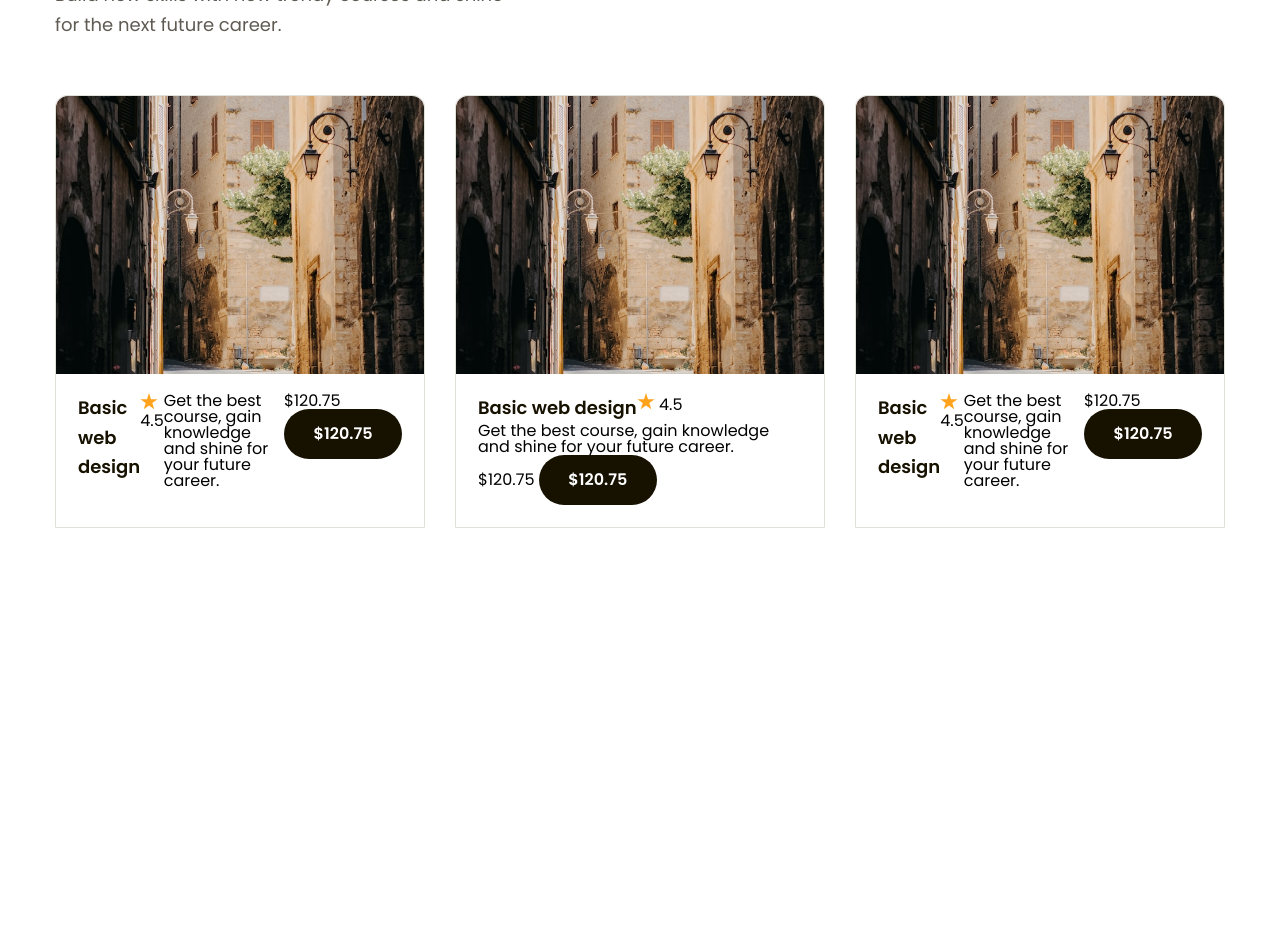
Repository: empty24062002/f8-htmlcss-02-pratice
Page: index.html
The author's editor kept a copy of each file at every save. The page is drawn from the files as they stood at one save, then again after the next save.
The browser window is 1280 px wide. The pictures show the part of the page from y = 1156 to 2108 px (the page is 5187 px tall).
A picture or video elsewhere on the page could not be fetched, so the positions and the page height are approximate.

Above is the page before, as saved 2023-07-19 08:03:56.

After the next save:
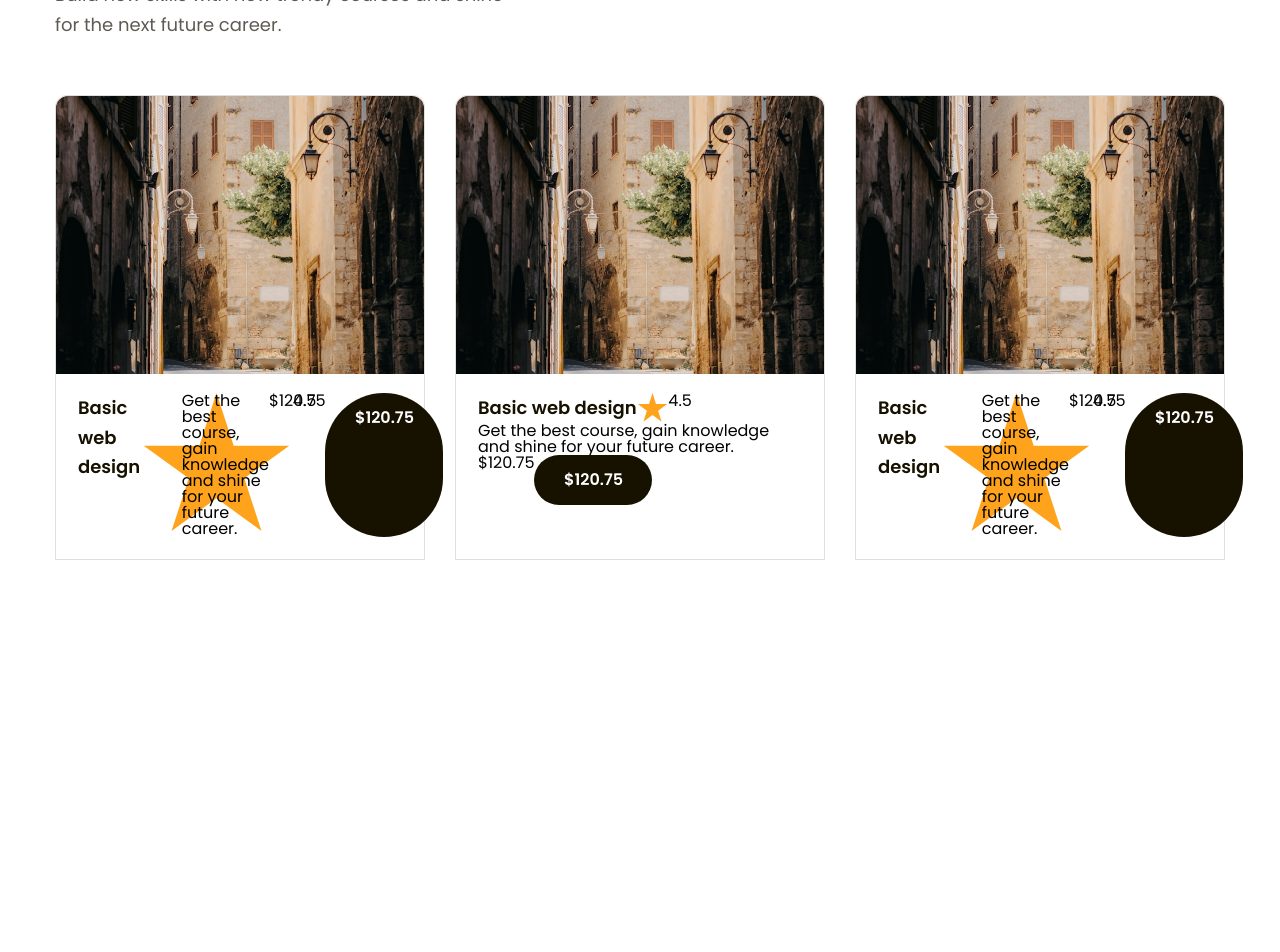
Saved 42 s later.
--- a/assets/css/styles.css
+++ b/assets/css/styles.css
@@ -346,6 +346,8 @@
     line-height: 1.66;
 }
 
-.popular .course-item .head {
-    display: flex;
-}
+.popular .course-item .head,
+.popular .course-item .rating,
+.popular .course-item .foot {
+    display: flex;
+}

After the save that followed:
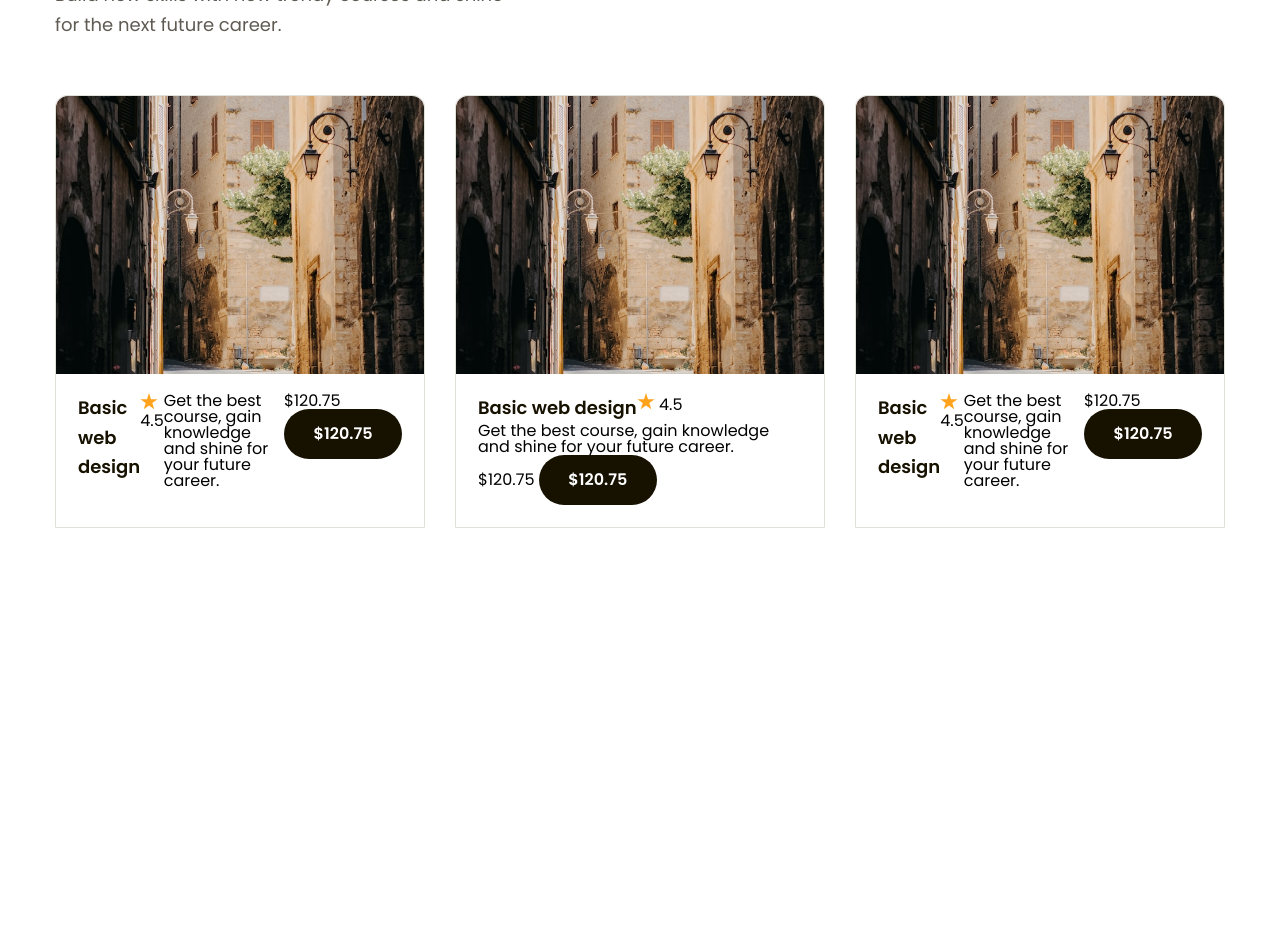
Saved 12 s later.
--- a/assets/css/styles.css
+++ b/assets/css/styles.css
@@ -346,8 +346,6 @@
     line-height: 1.66;
 }
 
-.popular .course-item .head,
-.popular .course-item .rating,
-.popular .course-item .foot {
-    display: flex;
-}
+.popular .course-item .head {
+    display: flex;
+}
